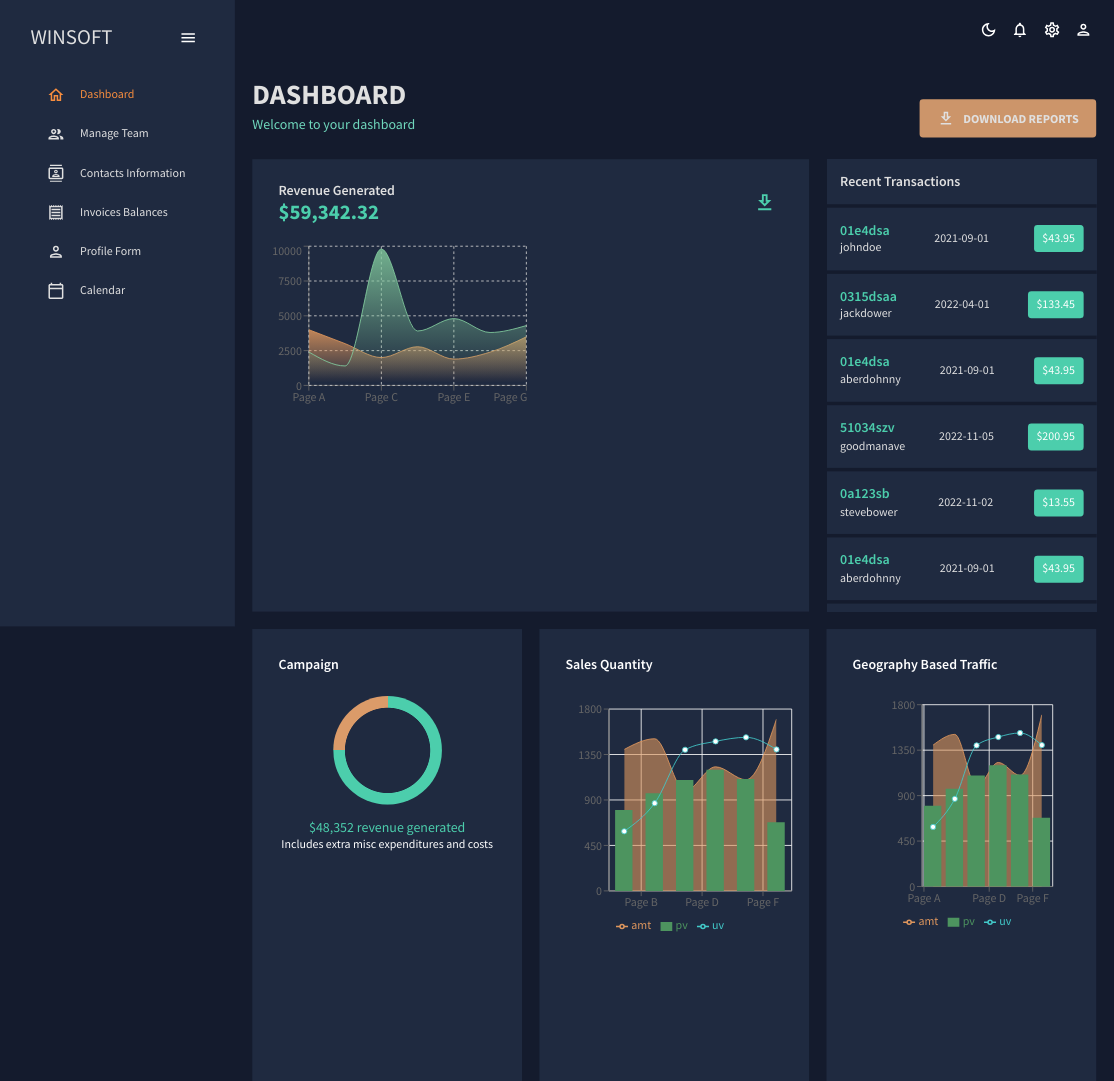
Repository: thamaraiselvan315731/winssoft
Page: /
These files come from the project's save history. The page is drawn as it stood at one moment and after the next save; the edit follows.
The browser window is 1280 px wide. The pictures show the whole page, at 87% of full size.
The project was rebuilt for these pictures with package versions that can differ from the ones it lists, and the page was loaded fresh each time. Also part of the build but not shown: src/pages/team/index.jsx, src/pages/invoices/index.jsx, src/pages/contacts/index.jsx, src/pages/form/index.jsx, src/components/LineChart.jsx, src/data/mockGeoFeatures.js, src/components/GeographyChart.jsx, src/components/BarChart.jsx and 3 more.

Above is the page before, as saved 2022-12-01 11:19:43.

### src/App.js
import { useState } from "react";
import { Routes, Route } from "react-router-dom";
import Topbar from "./pages/global/Topbar";
import Sidebar from "./pages/global/Sidebar";
import Team from "./pages/team";
import Invoices from "./pages/invoices";
import Contacts from "./pages/contacts";
import Form from "./pages/form";
// import Bar from "./pages/bar";
// import Line from "./pages/line";
// import Pie from "./pages/pie";
// import Geography from "./pages/geography";
import Dashboard from "./pages/dashboard";
import FAQ from "./pages/faq";
import { CssBaseline, ThemeProvider } from "@mui/material";
import { ColorModeContext, useMode } from "./theme";
import Calendar from "./pages/calendar/calendar";

function App() {
  const [theme, colorMode] = useMode();
  const [isSidebar, setIsSidebar] = useState(true);

  return (
    <ColorModeContext.Provider value={colorMode}>
      <ThemeProvider theme={theme}>
        <CssBaseline />
        <div className="app">
          <Sidebar isSidebar={isSidebar} />
          <main className="content">
            <Topbar setIsSidebar={setIsSidebar} />
            <Routes>
              <Route path="/" element={<Dashboard />} />
              <Route path="/team" element={<Team />} />
              <Route path="/contacts" element={<Contacts />} />
              <Route path="/invoices" element={<Invoices />} />
              <Route path="/form" element={<Form />} />
              {/* <Route path="/bar" element={<Bar />} />
              <Route path="/pie" element={<Pie />} />
              <Route path="/line" element={<Line />} /> */}
              <Route path="/faq" element={<FAQ />} />
              <Route path="/calendar" element={<Calendar />} />
              {/* <Route path="/geography" element={<Geography />} /> */}
            </Routes>
          </main>
        </div>
      </ThemeProvider>
    </ColorModeContext.Provider>
  );
}

export default App;

### src/pages/global/Topbar.jsx
import { Box, IconButton, useTheme } from "@mui/material";
import { useContext } from "react";
import { ColorModeContext, tokens } from "../../theme";
import InputBase from "@mui/material/InputBase";
import LightModeOutlinedIcon from "@mui/icons-material/LightModeOutlined";
import DarkModeOutlinedIcon from "@mui/icons-material/DarkModeOutlined";
import NotificationsOutlinedIcon from "@mui/icons-material/NotificationsOutlined";
import SettingsOutlinedIcon from "@mui/icons-material/SettingsOutlined";
import PersonOutlinedIcon from "@mui/icons-material/PersonOutlined";
import SearchIcon from "@mui/icons-material/Search";

const Topbar = () => {
  const theme = useTheme();
  const colors = tokens(theme.palette.mode);
  const colorMode = useContext(ColorModeContext);

  return (
    <Box display="flex" justifyContent="flex-end" p={2}>
      {/* SEARCH BAR */}
      {/* <Box
        display="flex"
        backgroundColor={colors.primary[400]}
        borderRadius="3px"
      >
        <InputBase sx={{ ml: 2, flex: 1 }} placeholder="Search" />
        <IconButton type="button" sx={{ p: 1 }}>
          <SearchIcon />
        </IconButton>
      </Box> */}

      {/* ICONS */}
      <Box display="flex">
        <IconButton onClick={colorMode.toggleColorMode}>
          {theme.palette.mode === "dark" ? (
            <DarkModeOutlinedIcon />
          ) : (
            <LightModeOutlinedIcon />
          )}
        </IconButton>
        <IconButton>
          <NotificationsOutlinedIcon />
        </IconButton>
        <IconButton>
          <SettingsOutlinedIcon />
        </IconButton>
        <IconButton>
          <PersonOutlinedIcon />
        </IconButton>
      </Box>
    </Box>
  );
};

export default Topbar;

### src/pages/global/Sidebar.jsx
import { useState } from "react";
import { ProSidebar, Menu, MenuItem } from "react-pro-sidebar";
import { Box, IconButton, Typography, useTheme } from "@mui/material";
import { Link } from "react-router-dom";
import "react-pro-sidebar/dist/css/styles.css";
import { tokens } from "../../theme";
import HomeOutlinedIcon from "@mui/icons-material/HomeOutlined";
import PeopleOutlinedIcon from "@mui/icons-material/PeopleOutlined";
import ContactsOutlinedIcon from "@mui/icons-material/ContactsOutlined";
import ReceiptOutlinedIcon from "@mui/icons-material/ReceiptOutlined";
import PersonOutlinedIcon from "@mui/icons-material/PersonOutlined";
import CalendarTodayOutlinedIcon from "@mui/icons-material/CalendarTodayOutlined";// eslint-disable-next-line
import HelpOutlineOutlinedIcon from "@mui/icons-material/HelpOutlineOutlined";// eslint-disable-next-line
import BarChartOutlinedIcon from "@mui/icons-material/BarChartOutlined";// eslint-disable-next-line
import PieChartOutlineOutlinedIcon from "@mui/icons-material/PieChartOutlineOutlined";// eslint-disable-next-line
import TimelineOutlinedIcon from "@mui/icons-material/TimelineOutlined";// eslint-disable-next-line
import MenuOutlinedIcon from "@mui/icons-material/MenuOutlined";// eslint-disable-next-line
import MapOutlinedIcon from "@mui/icons-material/MapOutlined";// eslint-disable-next-line

const Item = ({ title, to, icon, selected, setSelected }) => {
  const theme = useTheme();
  const colors = tokens(theme.palette.mode);
  return (
    <MenuItem
      active={selected === title}
      style={{
        color: colors.grey[100],
      }}
      onClick={() => setSelected(title)}
      icon={icon}
    >
      <Typography>{title}</Typography>
      <Link to={to} />
    </MenuItem>
  );
};

const Sidebar = () => {
  const theme = useTheme();
  const colors = tokens(theme.palette.mode);
  const [isCollapsed, setIsCollapsed] = useState(false);
  const [selected, setSelected] = useState("Dashboard");

  return (
    <Box
      sx={{
        "& .pro-sidebar-inner": {
          background: `${colors.primary[400]} !important`,
        },
        "& .pro-icon-wrapper": {
          backgroundColor: "transparent !important",
        },
        "& .pro-inner-item": {
          padding: "5px 35px 5px 20px !important",
        },
        "& .pro-inner-item:hover": {
          color: "#f78d3e !important",
        },
        "& .pro-menu-item.active": {
          color: "#f78d3e !important",
        },
      }}
    >
      <ProSidebar collapsed={isCollapsed}>
        <Menu iconShape="square">
          {/* LOGO AND MENU ICON */}
          <MenuItem
            onClick={() => setIsCollapsed(!isCollapsed)}
            icon={isCollapsed ? <MenuOutlinedIcon /> : undefined}
            style={{
              margin: "10px 0 20px 0",
              color: colors.grey[100],
            }}
          >
            {!isCollapsed && (
              <Box
                display="flex"
                justifyContent="space-between"
                alignItems="center"
                ml="15px"
              >
                <Typography variant="h3" color={colors.grey[100]}>
                  WINSOFT
                </Typography>
                <IconButton onClick={() => setIsCollapsed(!isCollapsed)}>
                  <MenuOutlinedIcon />
                </IconButton>
              </Box>
            )}
          </MenuItem>

          {/* {!isCollapsed && (
            <Box mb="25px">
              <Box display="flex" justifyContent="center" alignItems="center">
                <img
                  alt="profile-user"
                  width="100px"
                  height="100px"
                  src={`../../assets/user.png`}
                  style={{ cursor: "pointer", borderRadius: "50%" }}
                />
              </Box>
              <Box textAlign="center">
                <Typography
                  variant="h2"
                  color={colors.grey[100]}
                  fontWeight="bold"
                  sx={{ m: "10px 0 0 0" }}
                >
                  Ed Roh
                </Typography>
                <Typography variant="h5" color={colors.greenAccent[500]}>
                  VP Fancy Admin
                </Typography>
              </Box>
            </Box>
          )} */}

          <Box paddingLeft={isCollapsed ? undefined : "10%"}>
            <Item
              title="Dashboard"
              to="/"
              icon={<HomeOutlinedIcon />}
              selected={selected}
              setSelected={setSelected}
            />

            {/* <Typography
              variant="h6"
              color={colors.grey[300]}
              sx={{ m: "15px 0 5px 20px" }}
            >
              Data
            </Typography> */}
            <Item
              title="Manage Team"
              to="/team"
              icon={<PeopleOutlinedIcon />}
              selected={selected}
              setSelected={setSelected}
            />
            <Item
              title="Contacts Information"
              to="/contacts"
              icon={<ContactsOutlinedIcon />}
              selected={selected}
              setSelected={setSelected}
            />
            <Item
              title="Invoices Balances"
              to="/invoices"
              icon={<ReceiptOutlinedIcon />}
              selected={selected}
              setSelected={setSelected}
            />

            {/* <Typography
              variant="h6"
              color={colors.grey[300]}
              sx={{ m: "15px 0 5px 20px" }}
            >
              Pages
            </Typography> */}
            <Item
              title="Profile Form"
              to="/form"
              icon={<PersonOutlinedIcon />}
              selected={selected}
              setSelected={setSelected}
            />
            <Item
              title="Calendar"
              to="/calendar"
              icon={<CalendarTodayOutlinedIcon />}
              selected={selected}
              setSelected={setSelected}
            />
            {/* <Item
              title="FAQ Page"
              to="/faq"
              icon={<HelpOutlineOutlinedIcon />}
              selected={selected}
              setSelected={setSelected}
            /> */}

            {/* <Typography
              variant="h6"
              color={colors.grey[300]}
              sx={{ m: "15px 0 5px 20px" }}
            >
              Charts
            </Typography>
            <Item
              title="Bar Chart"
              to="/bar"
              icon={<BarChartOutlinedIcon />}
              selected={selected}
              setSelected={setSelected}
            />
            <Item
              title="Pie Chart"
              to="/pie"
              icon={<PieChartOutlineOutlinedIcon />}
              selected={selected}
              setSelected={setSelected}
            />
            <Item
              title="Line Chart"
              to="/line"
              icon={<TimelineOutlinedIcon />}
              selected={selected}
              setSelected={setSelected}
            />
            <Item
              title="Geography Chart"
              to="/geography"
              icon={<MapOutlinedIcon />}
              selected={selected}
              setSelected={setSelected}
            /> */}
          </Box>
        </Menu>
      </ProSidebar>
    </Box>
  );
};

export default Sidebar;

### src/pages/dashboard/index.jsx
import { Box, Button, IconButton, Typography, useTheme } from "@mui/material";
import { tokens } from "../../theme";
import { mockTransactions } from "../../data/mockData";
import DownloadOutlinedIcon from "@mui/icons-material/DownloadOutlined";
import { AreaCharts } from "../../Charts/AreaChart"
import CombinedCharts from "../../Charts/CombinedCharts"
import EmailIcon from "@mui/icons-material/Email";
import PointOfSaleIcon from "@mui/icons-material/PointOfSale";
import PersonAddIcon from "@mui/icons-material/PersonAdd";
import TrafficIcon from "@mui/icons-material/Traffic";
import Header from "../../components/Header";
import LineChart from "../../components/LineChart";
import GeographyChart from "../../components/GeographyChart";
import BarChart from "../../components/BarChart";
import StatBox from "../../components/StatBox";
import ProgressCircle from "../../components/ProgressCircle";

const Dashboard = () => {
  const theme = useTheme();
  const colors = tokens(theme.palette.mode);

  return (

    <Box m="20px">
      {/* HEADER */}
      <Box display="flex" justifyContent="space-between" alignItems="center">
        <Header title="DASHBOARD" subtitle="Welcome to your dashboard" />

        <Box>
          <Button
            sx={{
              backgroundColor: colors.blueAccent[700],
              color: colors.grey[100],
              fontSize: "14px",
              fontWeight: "bold",
              padding: "10px 20px",
            }}
          >
            <DownloadOutlinedIcon sx={{ mr: "10px" }} />
            Download Reports
          </Button>
        </Box>
      </Box>

      {/* GRID & CHARTS */}
      <Box
        display="grid"
        gridTemplateColumns="repeat(12, 1fr)"
        gridAutoRows="250px"
        gap="20px"
      >
        {/* ROW 1 */}
        {/* <Box
          gridColumn="span 8"
          backgroundColor={colors.primary[400]}
          display="flex"
          alignItems="center"
          justifyContent="center"
        >
          <AreaCharts />

        </Box> */}

        {/* <Box
          gridColumn="span 3"
          backgroundColor={colors.primary[400]}
          display="flex"
          alignItems="center"
          justifyContent="center"
        >
          <StatBox
            title="431,225"
            subtitle="Sales Obtained"
            progress="0.50"
            increase="+21%"
            icon={
              <PointOfSaleIcon
                sx={{ color: colors.greenAccent[600], fontSize: "26px" }}
              />
            }
          />
        </Box>
        <Box
          gridColumn="span 3"
          backgroundColor={colors.primary[400]}
          display="flex"
          alignItems="center"
          justifyContent="center"
        >
          <StatBox
            title="32,441"
            subtitle="New Clients"
            progress="0.30"
            increase="+5%"
            icon={
              <PersonAddIcon
                sx={{ color: colors.greenAccent[600], fontSize: "26px" }}
              />
            }
          />
        </Box>
        <Box
          gridColumn="span 3"
          backgroundColor={colors.primary[400]}
          display="flex"
          alignItems="center"
          justifyContent="center"
        >
          <StatBox
            title="1,325,134"
            subtitle="Traffic Received"
            progress="0.80"
            increase="+43%"
            icon={
              <TrafficIcon
                sx={{ color: colors.greenAccent[600], fontSize: "26px" }}
              />
            }
          />
        </Box> */}

        {/* ROW 2 */}
        <Box
          gridColumn="span 8"
          gridRow="span 2"
          backgroundColor={colors.primary[400]}
        >
          <Box
            mt="25px"
            p="0 30px"
            display="flex "
            justifyContent="space-between"
            alignItems="center"
          >
            <Box>
              <Typography
                variant="h5"
                fontWeight="600"
                color={colors.grey[100]}
              >
                Revenue Generated
              </Typography>
              <Typography
                variant="h3"
                fontWeight="bold"
                color={colors.greenAccent[500]}
              >
                $59,342.32
              </Typography>
            </Box>
            <Box>
              <IconButton>
                <DownloadOutlinedIcon
                  sx={{ fontSize: "26px", color: colors.greenAccent[500] }}
                />
              </IconButton>
            </Box>
          </Box>
          <Box height="250px" m="20px 0 0 0">
            <AreaCharts />
          </Box>
        </Box>
        <Box
          gridColumn="span 4"
          gridRow="span 2"
          backgroundColor={colors.primary[400]}
          overflow="auto"
        >
          <Box
            display="flex"
            justifyContent="space-between"
            alignItems="center"
            borderBottom={`4px solid ${colors.primary[500]}`}
            colors={colors.grey[100]}
            p="15px"
          >
            <Typography color={colors.grey[100]} variant="h5" fontWeight="600">
              Recent Transactions
            </Typography>
          </Box>
          {mockTransactions.map((transaction, i) => (
            <Box
              key={`${transaction.txId}-${i}`}
              display="flex"
              justifyContent="space-between"
              alignItems="center"
              borderBottom={`4px solid ${colors.primary[500]}`}
              p="15px"
            >
              <Box>
                <Typography
                  color={colors.greenAccent[500]}
                  variant="h5"
                  fontWeight="600"
                >
                  {transaction.txId}
                </Typography>
                <Typography color={colors.grey[100]}>
                  {transaction.user}
                </Typography>
              </Box>
              <Box color={colors.grey[100]}>{transaction.date}</Box>
              <Box
                backgroundColor={colors.greenAccent[500]}
                p="5px 10px"
                borderRadius="4px"
              >
                ${transaction.cost}
              </Box>
            </Box>
          ))}
        </Box>

        {/* ROW 3 */}
        <Box
          gridColumn="span 4"
          gridRow="span 2"
          backgroundColor={colors.primary[400]}
          p="30px"
        >
          <Typography variant="h5" fontWeight="600">
            Campaign
          </Typography>
          <Box
            display="flex"
            flexDirection="column"
            alignItems="center"
            mt="25px"
          >
            <ProgressCircle size="125" />
            <Typography
              variant="h5"
              color={colors.greenAccent[500]}
              sx={{ mt: "15px" }}
            >
              $48,352 revenue generated
            </Typography>
            <Typography>Includes extra misc expenditures and costs</Typography>
          </Box>
        </Box>
        <Box
          gridColumn="span 4"
          gridRow="span 2"
          backgroundColor={colors.primary[400]}
        >
          <Typography
            variant="h5"
            fontWeight="600"
            sx={{ padding: "30px 30px 0 30px" }}
          >
            Sales Quantity
          </Typography>
          <Box height="250px" mt="20px">
            <CombinedCharts />
          </Box>
        </Box>
        <Box
          gridColumn="span 4"
          gridRow="span 2"
          backgroundColor={colors.primary[400]}
          padding="30px"
        >
          <Typography
            variant="h5"
            fontWeight="600"
            sx={{ marginBottom: "15px" }}
          >
            Geography Based Traffic
          </Typography>
          <Box height="200px">
            <CombinedCharts />
          </Box>
        </Box>
      </Box>
    </Box>
  );
};

export default Dashboard;

### src/Charts/AreaChart.js
import { LineChart, Line, AreaChart, ResponsiveContainer, YAxis, Area, Tooltip, CartesianGrid, linearGradient, XAxis } from 'recharts';


const data = [
    {
        "name": "Page A",
        "uv": 4000,
        "pv": 2400,
        "amt": 2400
    },
    {
        "name": "Page B",
        "uv": 3000,
        "pv": 1398,
        "amt": 2210
    },
    {
        "name": "Page C",
        "uv": 2000,
        "pv": 9800,
        "amt": 2290
    },
    {
        "name": "Page D",
        "uv": 2780,
        "pv": 3908,
        "amt": 2000
    },
    {
        "name": "Page E",
        "uv": 1890,
        "pv": 4800,
        "amt": 2181
    },
    {
        "name": "Page F",
        "uv": 2390,
        "pv": 3800,
        "amt": 2500
    },
    {
        "name": "Page G",
        "uv": 3490,
        "pv": 4300,
        "amt": 2100
    }
]


export const AreaCharts = () => {
    // const theme = useTheme();
    // const colors = tokens(theme.palette.mode);

    return (
        <ResponsiveContainer width="50%" height="80%">
            < AreaChart width="50%" height="80%" data={data}
            >
                <defs>
                    <linearGradient id="colorUv" x1="0" y1="0" x2="0" y2="1">
                        <stop offset="5%" stopColor="#de965d" stopOpacity={0.8} />
                        <stop offset="95%" stopColor="#de965d" stopOpacity={0} />
                    </linearGradient>
                    <linearGradient id="colorPv" x1="0" y1="0" x2="0" y2="1">
                        <stop offset="5%" stopColor="#82ca9d" stopOpacity={0.8} />
                        <stop offset="95%" stopColor="#82ca9d" stopOpacity={0} />
                    </linearGradient>
                </defs>
                <XAxis dataKey="name" />
                <YAxis />
                <CartesianGrid strokeDasharray="3 3" />
                <Tooltip />
                <Area type="monotone" dataKey="uv" stroke="#de965d" fillOpacity={1} fill="url(#colorUv)" />
                <Area type="monotone" dataKey="pv" stroke="#82ca9d" fillOpacity={1} fill="url(#colorPv)" />
            </AreaChart ></ResponsiveContainer>
    );
};

Loaded but not shown: public/index.html (common file); src/index.js (common file); src/index.css (common file); src/components/Header.jsx (common file); src/components/ProgressCircle.jsx (common file); src/data/mockData.js (1283 lines, source omitted); src/theme.js (214 lines, source omitted); src/Charts/CombinedCharts.js (85 lines, source omitted)

After the next save:
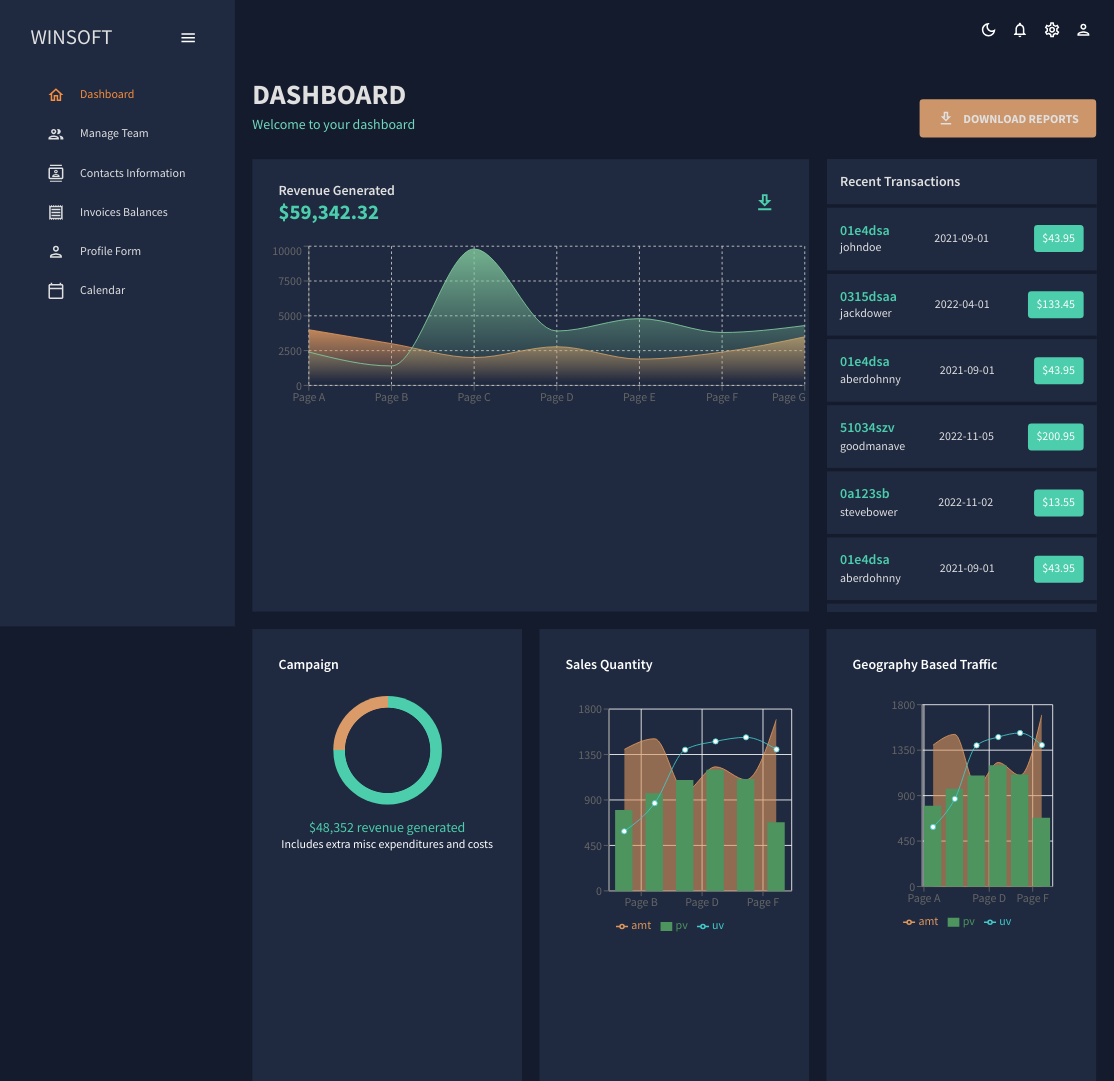
Saved 47 s later.
--- a/src/Charts/AreaChart.js
+++ b/src/Charts/AreaChart.js
@@ -52,8 +52,8 @@ export const AreaCharts = () => {
     // const colors = tokens(theme.palette.mode);
 
     return (
-        <ResponsiveContainer width="50%" height="80%">
-            < AreaChart width="50%" height="80%" data={data}
+        <ResponsiveContainer width="100%" height="80%">
+            < AreaChart width="100%" height="80%" data={data}
             >
                 <defs>
                     <linearGradient id="colorUv" x1="0" y1="0" x2="0" y2="1">
